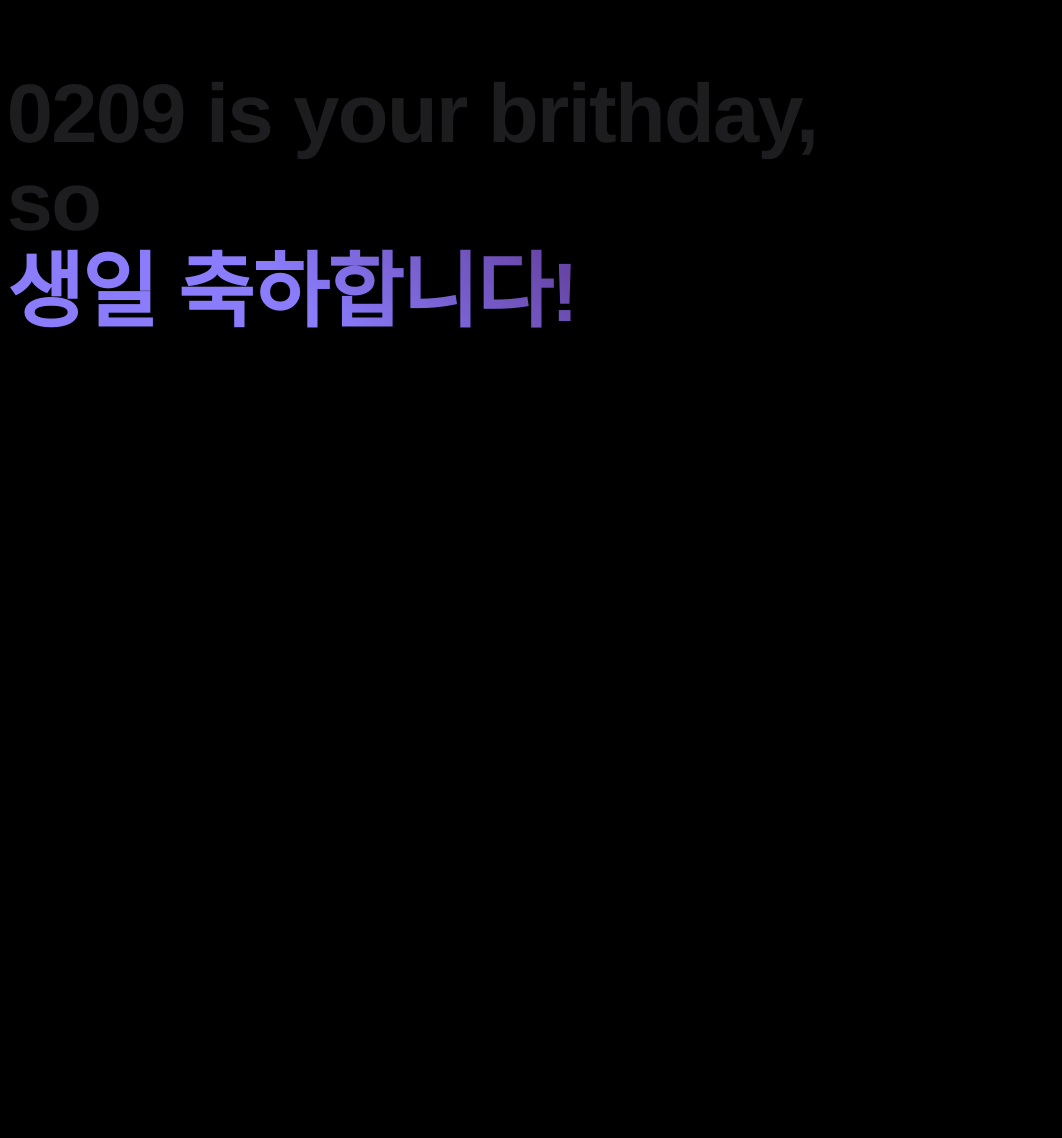
Repository: Caococos/02-09
Page: /
An editor plug-in stored every save of this project. The page is shown before and after the next save, followed by the edit.
The browser window is 1280 px wide. The pictures show the whole page, at 83% of full size.
The project was rebuilt for these pictures with package versions that can differ from the ones it lists, and the page was loaded fresh each time. Also part of the build but not shown: vue.config.js.

Above is the page before, as saved 2021-06-11 22:41:27.

After the next save:
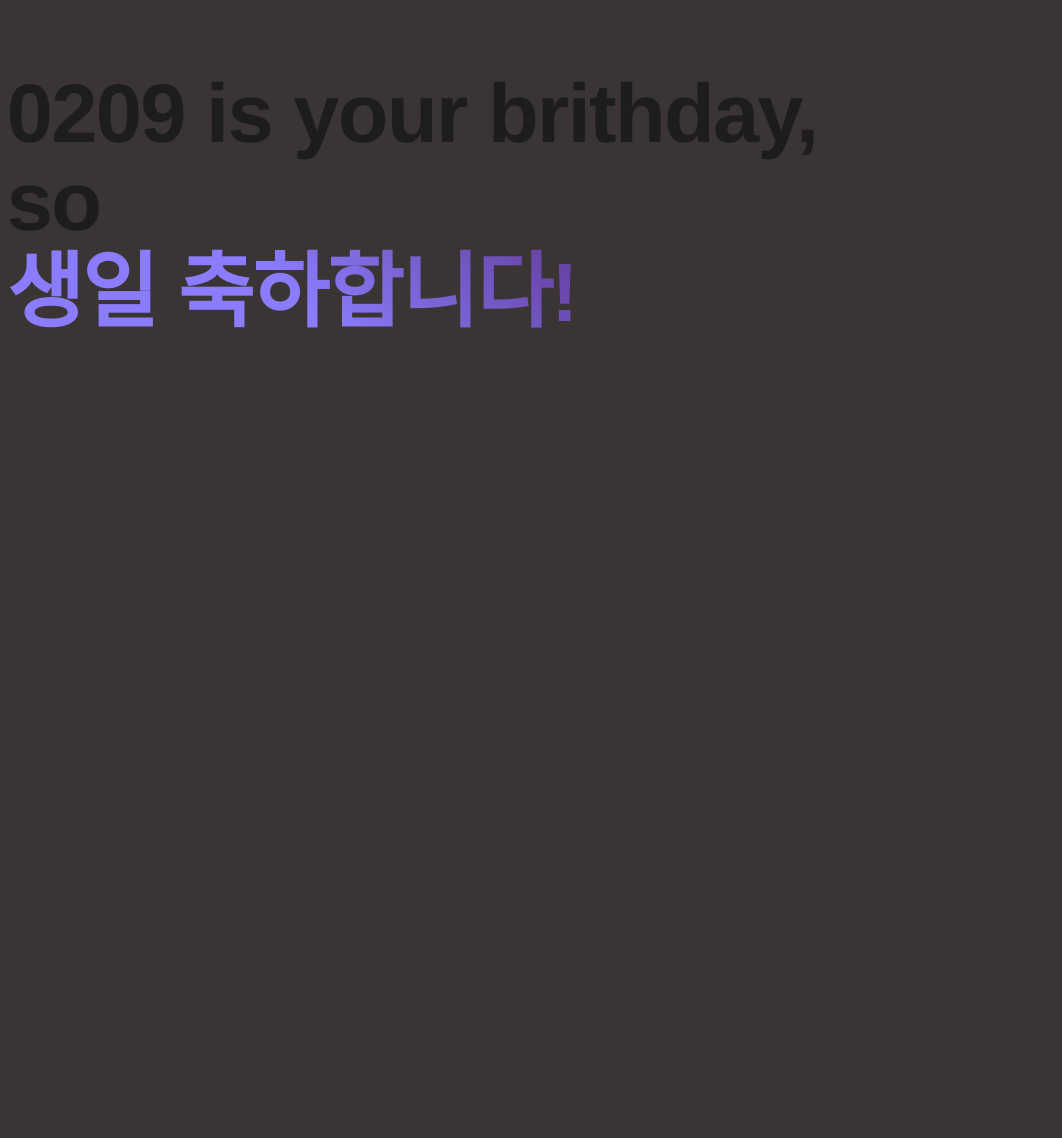
Saved 16 s later.
--- a/src/assets/css/index.css
+++ b/src/assets/css/index.css
@@ -4,5 +4,5 @@
 
 body {
   height: 100vw;
-  background-color: #000;
+  background-color: rgb(58, 52, 52);
 }
